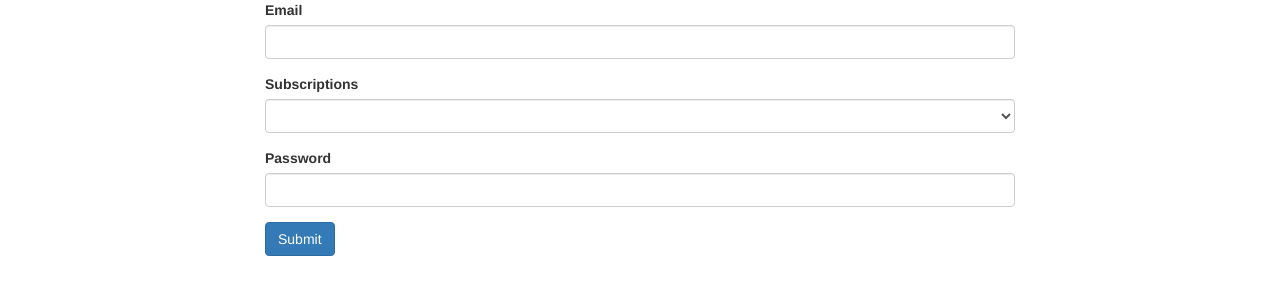
Repository: NikitasX/AngularCourse
Page: / (app in td-forms-assignment/)
An editor plug-in stored every save of this project. The page is shown before and after a run of saves, followed by the edit.
The browser window is 1280 px wide. The pictures show the whole page.
The project was rebuilt for these pictures with package versions that can differ from the ones it lists, and the page was loaded fresh each time. Also part of the build but not shown: td-forms-assignment/angular.json.

Above is the page before, as saved 2020-09-25 16:46:13.

After the next 3 saves:
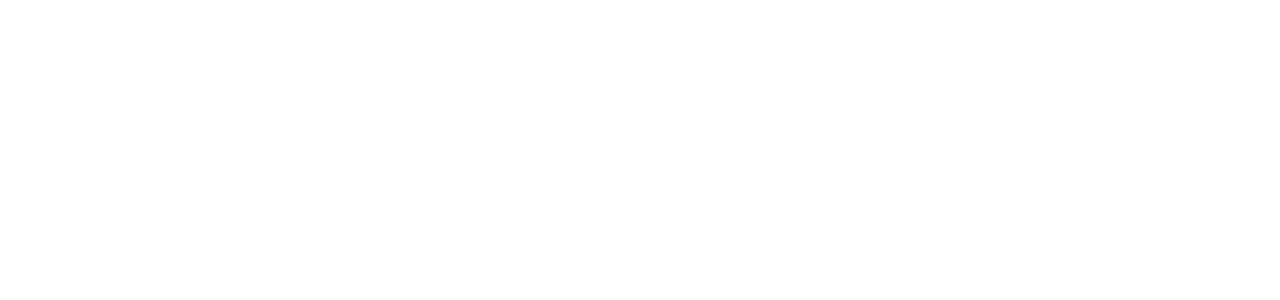
The 3 saves are shown as one change because they came seconds apart.
The last was saved 6 s later.
--- a/td-forms-assignment/src/app/app.component.html
+++ b/td-forms-assignment/src/app/app.component.html
@@ -39,7 +39,7 @@
               name="password"
               class="form-control"
               required
-              [ngModel]
+              [(ngModel)]="sub"
               #pass="ngModel">
               <p class="alert alert-danger" *ngIf="!pass.valid && pass.touched">Invalid Password!</p>
             </div>

After the 4 saves that followed:
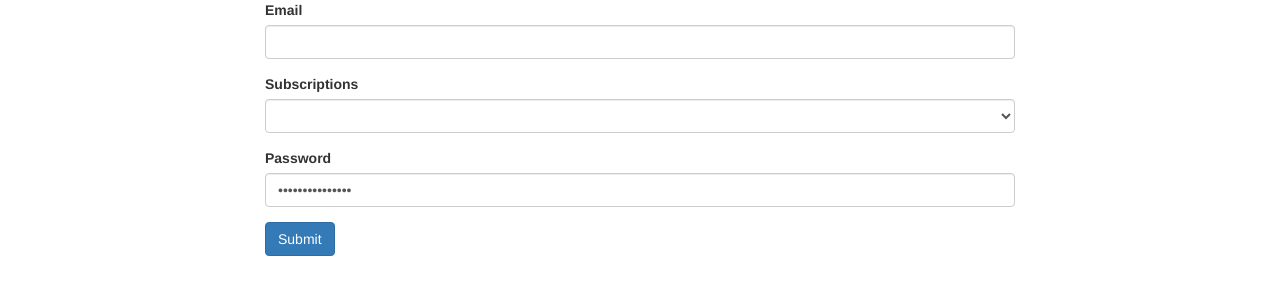
The 4 saves are shown as one change because 2 left the picture as it was and some came seconds apart.
The last was saved 33 s later.
--- a/td-forms-assignment/src/app/app.component.ts
+++ b/td-forms-assignment/src/app/app.component.ts
@@ -8,6 +8,7 @@
 })
 export class AppComponent {
 
+  sub = 'advanced';
   @ViewChild('f') submittedForm:NgForm;
 
   onSubmit() {
--- a/td-forms-assignment/src/app/app.component.html
+++ b/td-forms-assignment/src/app/app.component.html
@@ -39,7 +39,7 @@
               name="password"
               class="form-control"
               required
-              [(ngModel)]="sub"
+              [ngModel]="sub"
               #pass="ngModel">
               <p class="alert alert-danger" *ngIf="!pass.valid && pass.touched">Invalid Password!</p>
             </div>
